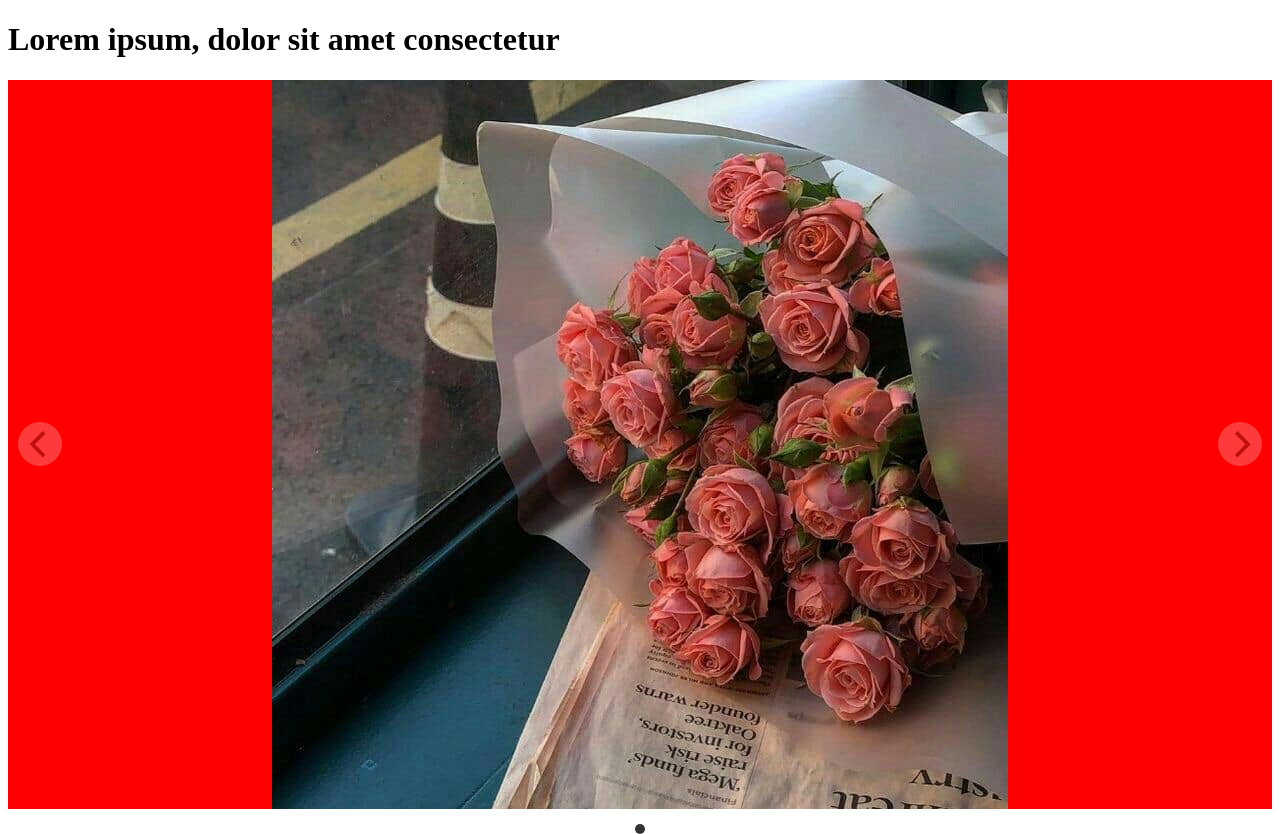
Repository: tongdkhai/Graphic-Art-Mart
Page: test/test.html
An editor plug-in stored every save of this project. The page is shown before and after the next save, followed by the edit.
The browser window is 1280 px wide. The pictures show the whole page.

Above is the page before, as saved 2022-10-25 17:55:39.

After the next save:
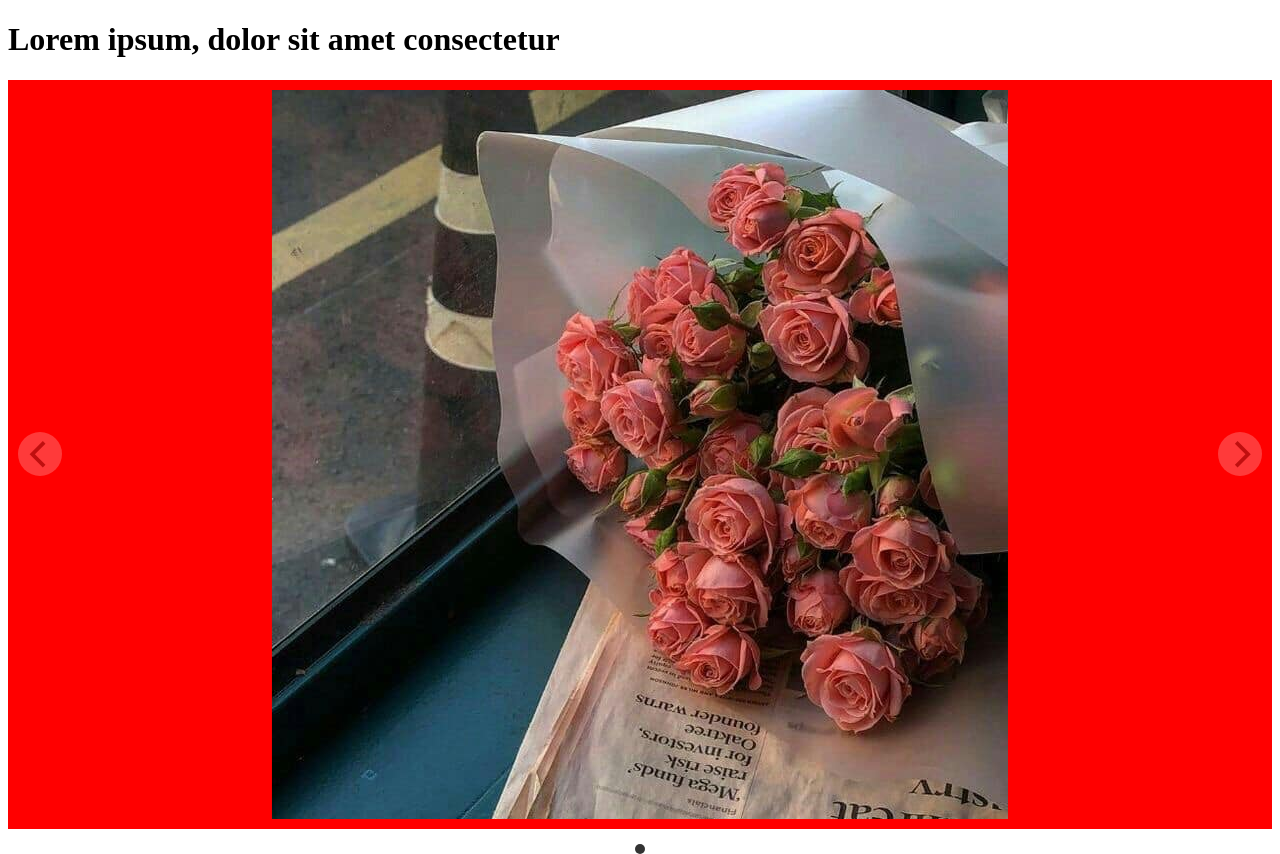
Saved 20 s later.
--- a/test/test.html
+++ b/test/test.html
@@ -42,6 +42,9 @@
       .text {
         color: #000000;
       }
+      .img {
+        padding: 10px 20px;
+      }
     </style>
   </head>
   <body>
